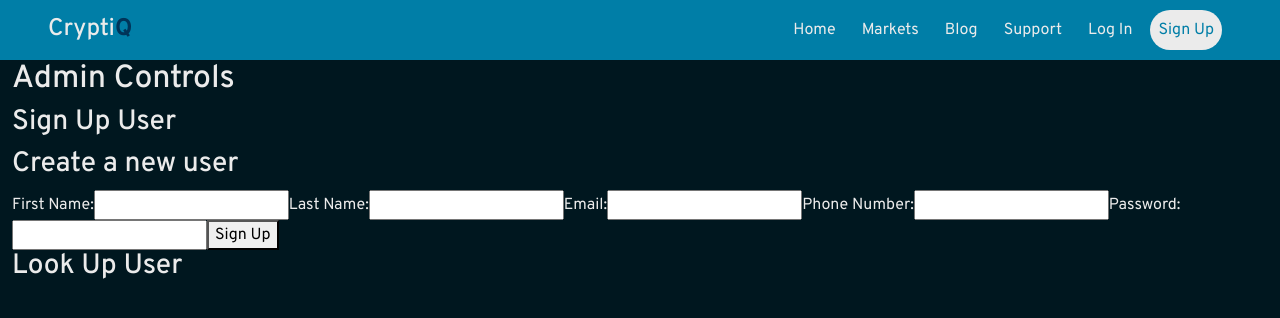
Repository: griffin1995/cryptocurrencyPlatform
Page: / (app in client/)
These files come from the project's save history. The page is drawn as it stood at one moment and after the next save; the edit follows.
The browser window is 1280 px wide. The pictures show the whole page.
The project was rebuilt for these pictures with package versions that can differ from the ones it lists, and the page was loaded fresh each time. Also part of the build but not shown: client/src/components/CoinDetails.js, client/src/components/UserDetails.js, client/src/pages/Blog.scss, client/src/pages/Blog.js, client/src/hooks/useSignUp.js, client/src/pages/SignUpUnstyled.js, client/src/hooks/useLogin.js, client/src/pages/SignUpLogIn.scss and 12 more.

Above is the page before, as saved 2024-04-07 17:34:05.

After the next save:
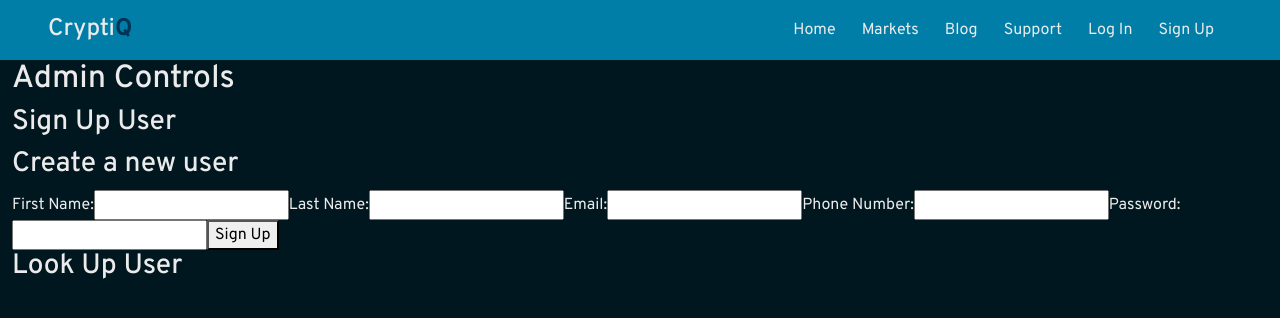
Saved 15 s later.
--- a/client/src/components/NavigationBar.js
+++ b/client/src/components/NavigationBar.js
@@ -56,7 +56,7 @@
                   <Nav.Link as={Link} to="/login">
                     Log In
                   </Nav.Link>
-                  <Nav.Link as={Link} to="/signup" className="sign-up-btn">
+                  <Nav.Link as={Link} to="/signup" className="btn btn-primary rounded-pill">
                     Sign Up
                   </Nav.Link>
                 </>

After the 2 saves that followed:
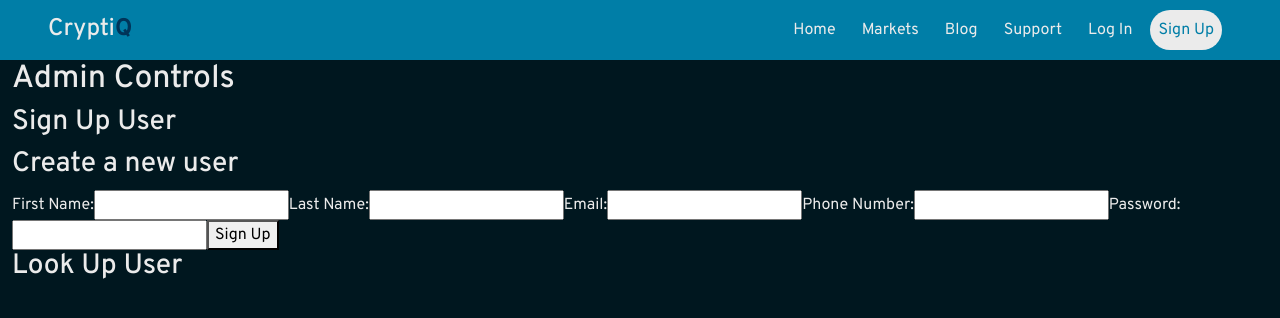
The 2 saves are shown as one change because 1 left the picture as it was.
The last was saved 5 min 29 s later.
--- a/client/src/components/NavigationBar.js
+++ b/client/src/components/NavigationBar.js
@@ -56,7 +56,7 @@
                   <Nav.Link as={Link} to="/login">
                     Log In
                   </Nav.Link>
-                  <Nav.Link as={Link} to="/signup" className="btn btn-primary rounded-pill">
+                  <Nav.Link as={Link} to="/signup" className="sign-up-btn">
                     Sign Up
                   </Nav.Link>
                 </>
